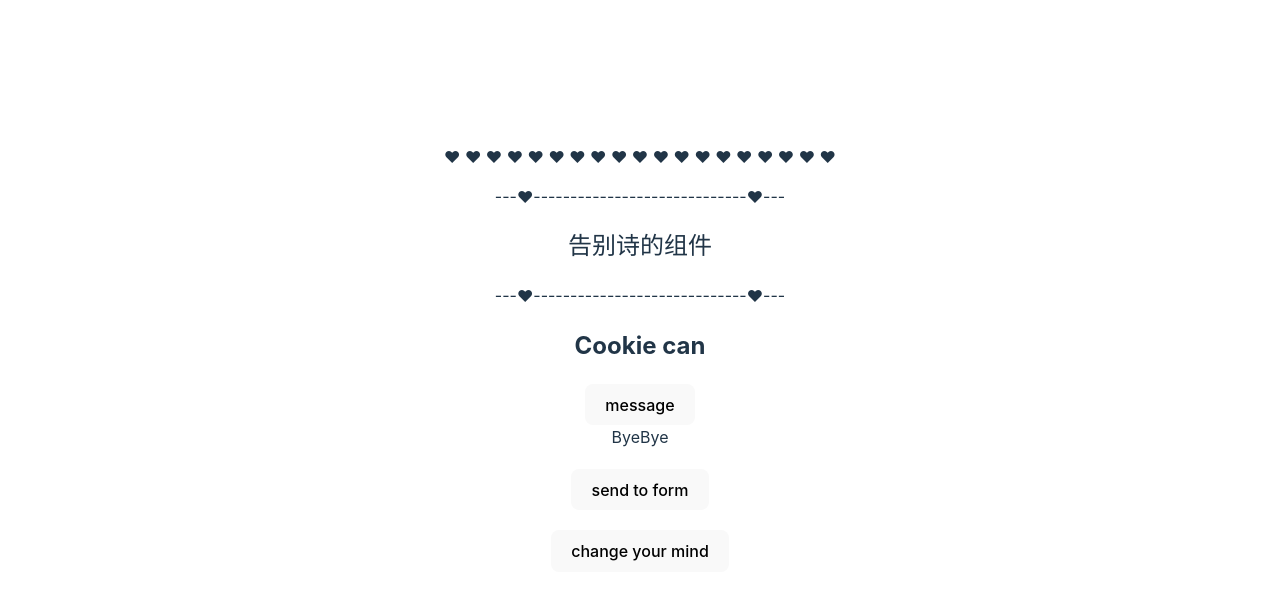
Repository: HyunraDate/NodaEmi
Page: /
These files come from the project's save history. The page is drawn as it stood at one moment and after the next save; the edit follows.
The browser window is 1280 px wide. The pictures show the whole page.
The project was rebuilt for these pictures with package versions that can differ from the ones it lists, and the page was loaded fresh each time. Also part of the build but not shown: vite.config.js.

Above is the page before, as saved 2023-08-22 12:47:31.

After the next save:
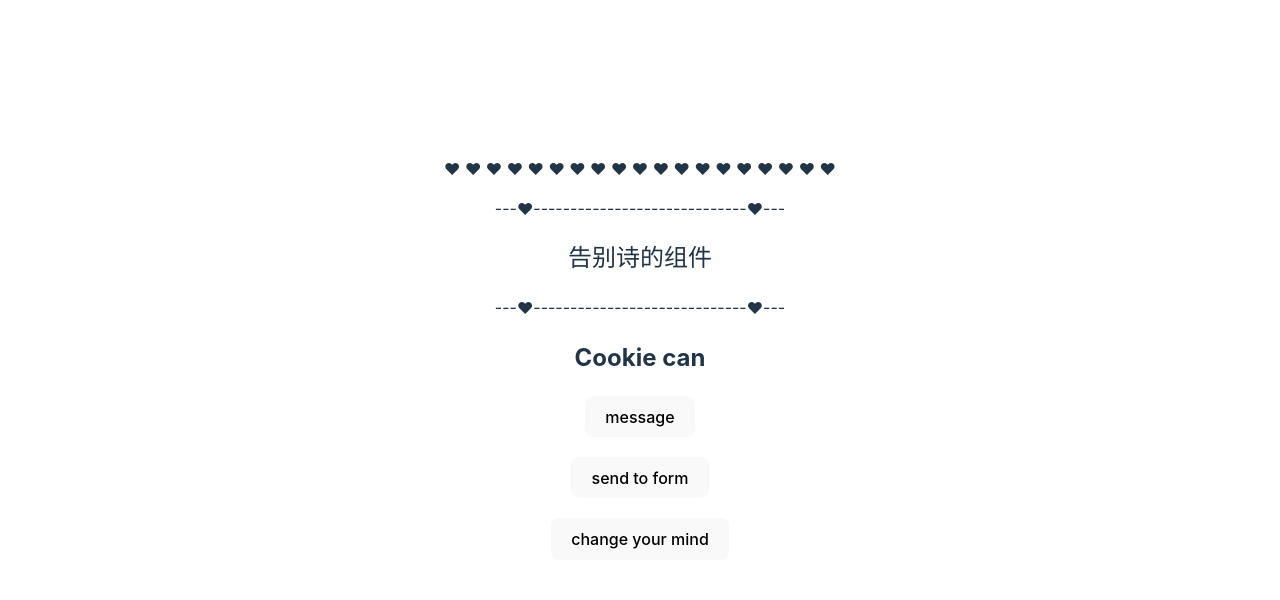
Saved 50 s later.
--- a/src/components/Bye.vue
+++ b/src/components/Bye.vue
@@ -1,7 +1,7 @@
 <template>
     <!--私 树枝组件-->
     <div>
-        ByeBye
+        <!-- ByeBye // dont want it-->
         <h2>{{ callme }}</h2>
         <h2>{{ kato }}</h2>
         </div>
